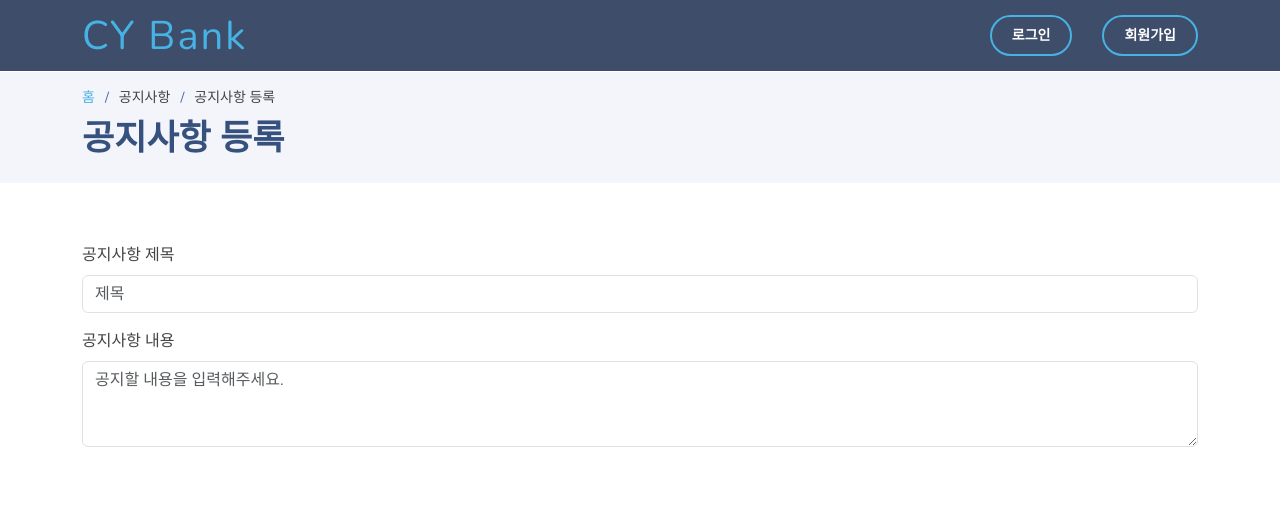
Repository: scy0814/Spring
Page: http://localhost/CYBank/jsp/notice/InsertNotice.jsp
An editor plug-in stored every save of this project. The page is shown before and after the next save, followed by the edit.
The browser window is 1280 px wide. The pictures show the whole page.
The page is served by Tomcat 9. Other server files are loaded and not shown.

Above is the page before, as saved 2023-06-30 11:31:30.

### CYBank/src/main/webapp/jsp/notice/InsertNotice.jsp
<%@ page language="java" contentType="text/html; charset=UTF-8"
    pageEncoding="UTF-8"%>
<!DOCTYPE html>
<html>
<head>
<meta charset="UTF-8">
<title>Insert title here</title>
</head>
<header>
<jsp:include page="/jsp/include/header.jsp" />
</header>
<body>
<section id="breadcrumbs" class="breadcrumbs">
  <div class="container">
    <ol>
      <li><a href="/index.jsp">홈</a></li>
      <li>공지사항</li>
      <li>공지사항 등록</li>
    </ol>
    <h2 style="font-size: 35px;">공지사항 등록</h2>
  </div>
</section><!-- End Breadcrumbs -->
  <section class="inner-page">
    <div class="container">

    <div class="mb-3">
  <label for="exampleFormControlInput1" class="form-label">공지사항 제목</label>
  <input type="email" class="form-control" id="exampleFormControlInput1" placeholder="제목">
</div>
<div class="mb-3">
  <label for="exampleFormControlTextarea1" class="form-label">공지사항 내용</label>
  <textarea class="form-control" id="exampleFormControlTextarea1" rows="3" placeholder="공지할 내용을 입력해주세요."></textarea>
</div>
    </div>
    </section>
</body>
</html>

### CYBank/src/main/webapp/jsp/include/header.jsp
<%@ page language="java" contentType="text/html; charset=UTF-8"
    pageEncoding="UTF-8"%>
    <%@ taglib prefix="c" uri="http://java.sun.com/jsp/jstl/core"%>
<!DOCTYPE html>
<html>
<head>
<meta charset="UTF-8">
 <!-- Favicons -->
  <link href="assets/img/favicon.png" rel="icon">
  <link href="assets/img/apple-touch-icon.png" rel="apple-touch-icon">


  <!-- Google Fonts -->
  <link href="https://fonts.googleapis.com/css?family=Open+Sans:300,300i,400,400i,600,600i,700,700i|Nunito:300,300i,400,400i,600,600i,700,700i|Poppins:300,300i,400,400i,500,500i,600,600i,700,700i" rel="stylesheet">

  <!-- Vendor CSS Files -->
  <link href="/CYBank/css/vendor/aos/aos.css" rel="stylesheet">
  <link href="/CYBank/css/vendor/bootstrap/css/bootstrap.min.css" rel="stylesheet">
  <link href="/CYBank/css/vendor/bootstrap-icons/bootstrap-icons.css" rel="stylesheet">
  <link href="/CYBank/css/vendor/glightbox/css/glightbox.min.css" rel="stylesheet">
  <link href="/CYBank/css/vendor/remixicon/remixicon.css" rel="stylesheet">
  <link href="/CYBank/css/vendor/swiper/swiper-bundle.min.css" rel="stylesheet">

  <!-- Template Main CSS File -->
  <link href="/CYBank/css/css/style.css" rel="stylesheet">
  <style>
  .fixed-top {
    position: fixed;
    z-index: 1030;
    background: #283a5ae6;
    top: 0;
    right: 0;
    left: 0;
}
  </style>

<title>Insert title here</title>
</head>
<body>
<!-- ======= Header ======= -->
  <header id="header" class="header fixed-top">
    <div class="container-fluid container-xl d-flex align-items-center justify-content-between">

      <a href="index.jsp" class="logo d-flex align-items-center">
        <span class="cybank">CY Bank</span>
      </a>
		<c:set var="isLogin" value="${empty user }" />
      <nav id="navbar" class="navbar">
        <ul>
        <c:if test="${not empty user && user.id ne 'admin'}">
          <li><a class="nav-link scrollto active" href="index.jsp">홈</a></li>
          <li><a class="nav-link scrollto" href="${pageContext.request.contextPath }/noticeList.do">공지사항</a></li>
          <li><a class="nav-link scrollto" href="#about">오픈뱅킹</a></li>
           <li class="dropdown"><a href="${pageContext.request.contextPath }/account.do"><span>계좌</span> <i class="bi bi-chevron-down"></i></a>
            <ul>
              <li><a href="${pageContext.request.contextPath}/account.do">나의 계좌</a></li>
              <li><a href="${pageContext.request.contextPath}/createAccount.do">계좌 개설</a></li>
              <li><a href="${pageContext.request.contextPath}/transactionHistory.do">입출금 내역</a></li>
              <li><a href="${pageContext.request.contextPath}/closeAccount.do">계좌 해지</a></li>
            </ul>
          </li>
          <li><a class="nav-link scrollto" href="${pageContext.request.contextPath }/myPage.do">마이페이지</a></li>
          <li><a class="nav-link scrollto" href="${pageContext.request.contextPath }/customerCenter.do">고객센터</a></li>
          <li><a class="nav-link scrollto" href="${pageContext.request.contextPath }/logout.do">로그아웃</a></li>
          </c:if>

		<c:if test="${user.id eq 'admin'}">
		<li class="dropdown"><a href="${pageContext.request.contextPath }/account.do"><span>상품관리</span> <i class="bi bi-chevron-down"></i></a>
            <ul>
              <li><a href="${pageContext.request.contextPath}/account.do">상품등록</a></li>
              <li><a href="${pageContext.request.contextPath}/createAccount.do">상품수정</a></li>
              <li><a href="${pageContext.request.contextPath}/transactionHistory.do">상품삭제</a></li>
            </ul>
          </li>
          <li class="dropdown"><a href="${pageContext.request.contextPath }/account.do"><span>회원관리</span> <i class="bi bi-chevron-down"></i></a>
            <ul>
              <li><a href="${pageContext.request.contextPath}/account.do">회원리스트</a></li>
              <li><a href="${pageContext.request.contextPath}/transactionHistory.do">휴면계좌관리</a></li>
            </ul>
          <li><a class="nav-link scrollto" href="${pageContext.request.contextPath }/noticeList.do">공지사항</a></li>
          <li><a class="nav-link scrollto" href="${pageContext.request.contextPath }/customerCenter.do">고객센터</a></li>
          <li><a class="nav-link scrollto" href="${pageContext.request.contextPath }/logout.do">로그아웃</a></li>
		</c:if>
		<c:if test="${empty user}">
          <li><a class="getstarted scrollto" href="${pageContext.request.contextPath }/login.do">로그인</a></li>
          <li><a class="getstarted scrollto" href="${pageContext.request.contextPath }/signup.do">회원가입</a></li>
          </c:if>
        </ul>
        <i class="bi bi-list mobile-nav-toggle"></i>
      </nav><!-- .navbar -->

    </div>
  </header><!-- End Header -->
  <!-- Vendor JS Files -->
  <script src="/CYBank/css/vendor/purecounter/purecounter_vanilla.js"></script>
  <script src="/CYBank/css/vendor/aos/aos.js"></script>
  <script src="/CYBank/css/vendor/bootstrap/js/bootstrap.bundle.min.js"></script>
  <script src="/CYBank/css/vendor/glightbox/js/glightbox.min.js"></script>
  <script src="/CYBank/css/vendor/isotope-layout/isotope.pkgd.min.js"></script>
  <script src="/CYBank/css/vendor/swiper/swiper-bundle.min.js"></script>
  <script src="/CYBank/css/vendor/php-email-form/validate.js"></script>

  <!-- Template Main JS File -->
  <script src="/CYBank/css/js/main.js"></script>

</body>
</html>

Loaded but not shown: CYBank/src/main/webapp/css/js/main.js (258 lines, source omitted); CYBank/src/main/webapp/css/css/style.css (1830 lines, source omitted)

After the next save:
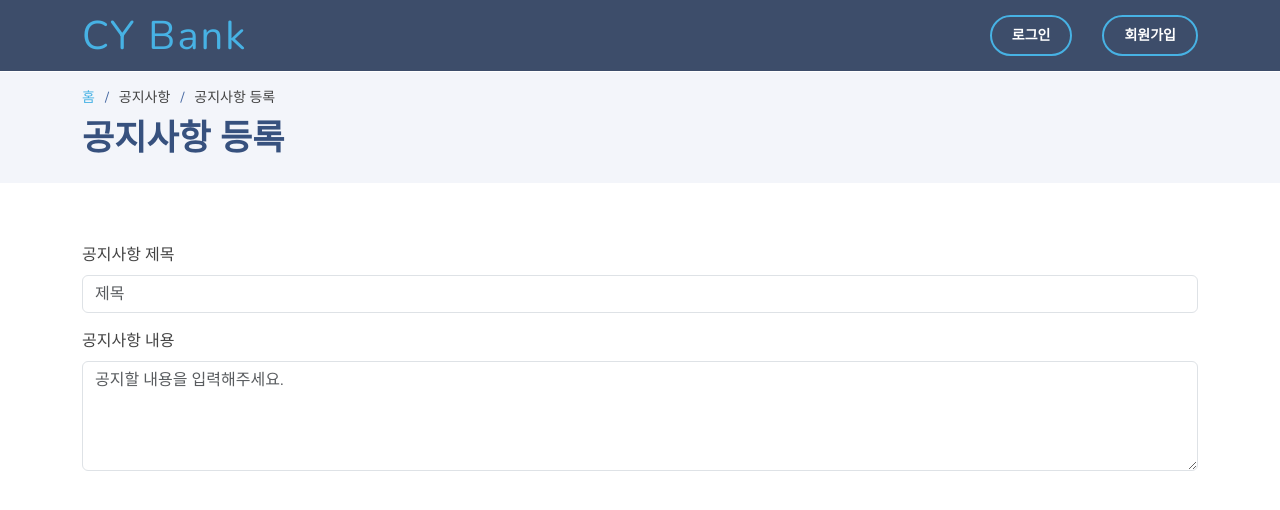
Saved 8 s later.
--- a/CYBank/src/main/webapp/jsp/notice/InsertNotice.jsp
+++ b/CYBank/src/main/webapp/jsp/notice/InsertNotice.jsp
@@ -29,7 +29,7 @@
 </div>
 <div class="mb-3">
   <label for="exampleFormControlTextarea1" class="form-label">공지사항 내용</label>
-  <textarea class="form-control" id="exampleFormControlTextarea1" rows="3" placeholder="공지할 내용을 입력해주세요."></textarea>
+  <textarea class="form-control" id="exampleFormControlTextarea1" rows="4" placeholder="공지할 내용을 입력해주세요."></textarea>
 </div>
     </div>
     </section>
